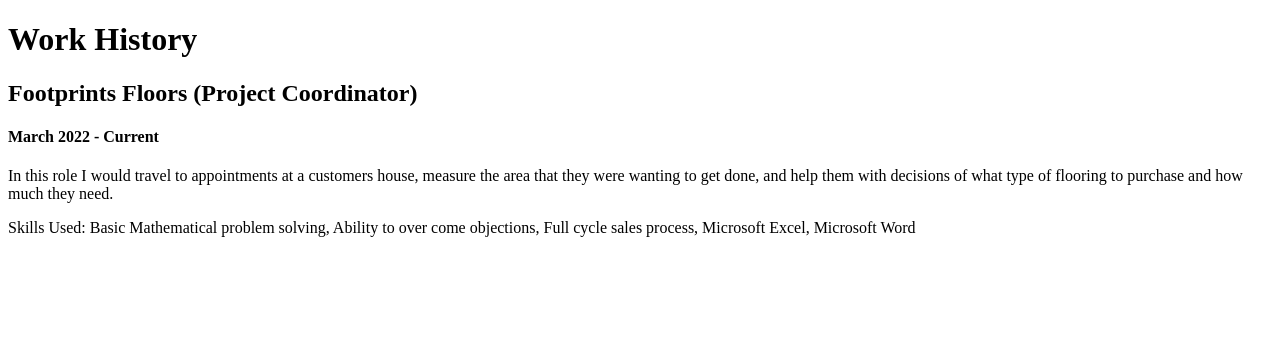
Repository: TEazy2433/LAB-HTML-Resume
Page: index.html
An editor plug-in stored every save of this project. The page is shown before and after the next save, followed by the edit.
The browser window is 1280 px wide. The pictures show the whole page.

Above is the page before, as saved 2023-10-11 18:40:16.

After the next save:
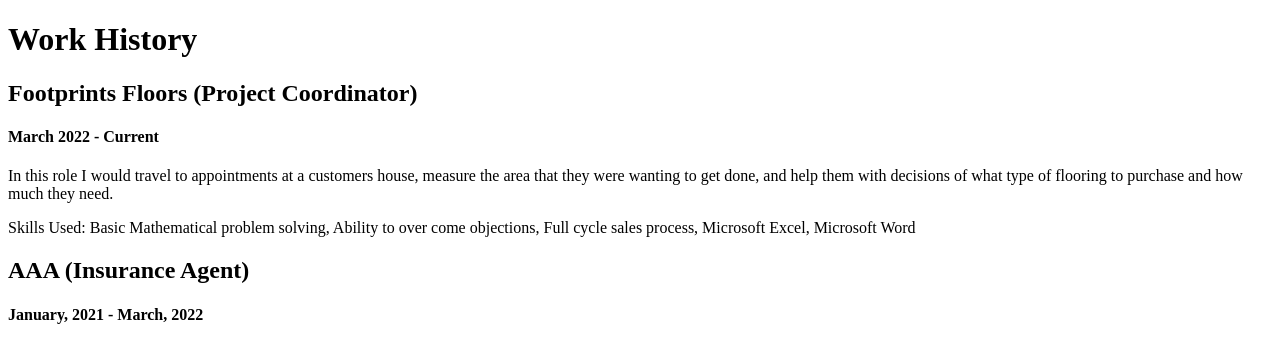
Saved 112 s later.
--- a/index.html
+++ b/index.html
@@ -15,6 +15,9 @@
       <p>In this role I would travel to appointments at a customers house, measure the area that they were wanting to get done, and help them with decisions of what type of flooring to purchase and how much they need.</p>
         <p>Skills Used: Basic Mathematical problem solving, Ability to over come objections, Full cycle sales process, Microsoft Excel, Microsoft Word</p>
 
+        <h2>AAA (Insurance Agent)</h2>
+        <h4>January, 2021 - March, 2022</h4>
+
   </article>
   <script src="main.js"></script>
 </body>
